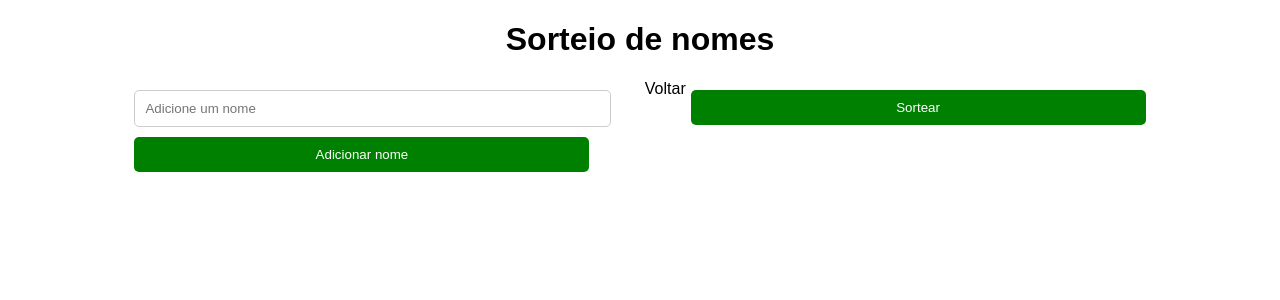
Repository: Matheus904-12/sorte
Page: sorteio-nomes.html
These files come from the project's save history. The page is drawn as it stood at one moment and after a run of saves; the edit follows.
The browser window is 1280 px wide. The pictures show the whole page.
The pointer rests on the first visible `button`.

Above is the page before, as saved 2023-09-10 19:32:26.

After the next 3 saves:
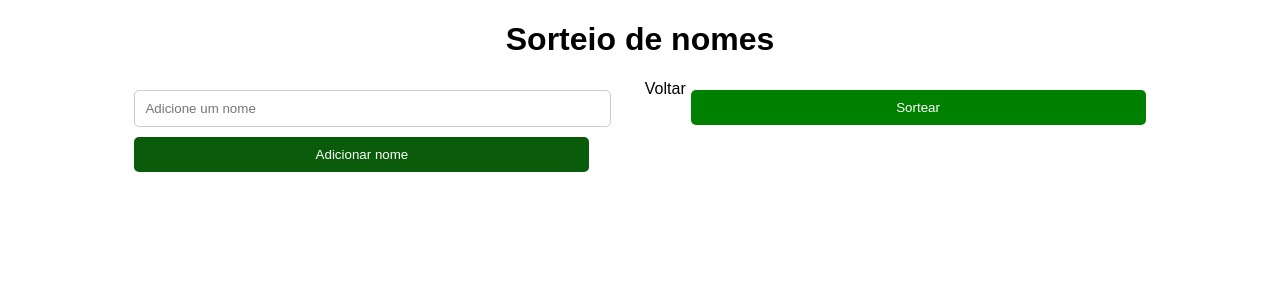
The 3 saves are shown as one change because they came seconds apart.
The last was saved 9 s later.
--- a/sorteio-nomes.html
+++ b/sorteio-nomes.html
@@ -35,7 +35,7 @@
     }
 
     button:hover {
-      background-color: #0a;
+      background-color: #0a5c0a;
     }
 
     .box {
